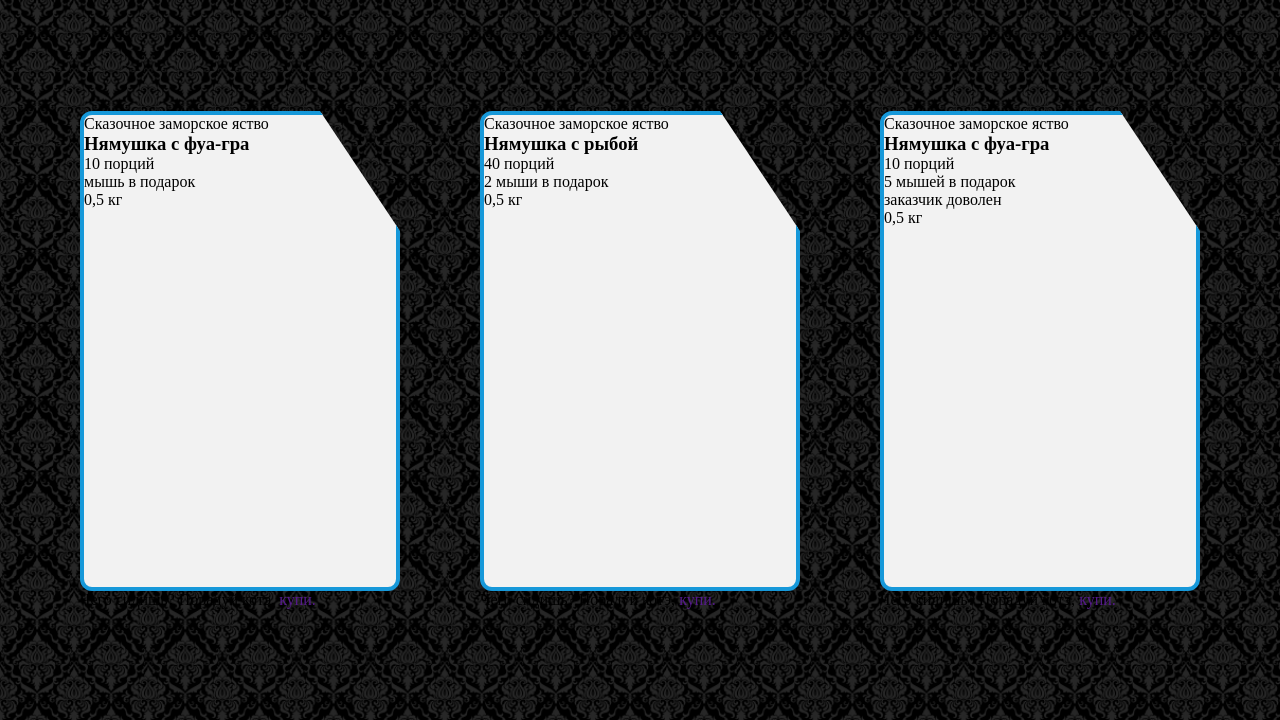
Repository: acbukka/tech-qt
Page: index.html
These files come from the project's save history. The page is drawn as it stood at one moment and after the next save; the edit follows.
The browser window is 1280 px wide. The pictures show the whole page.

Above is the page before, as saved 2022-06-17 15:44:47.

After the next save:
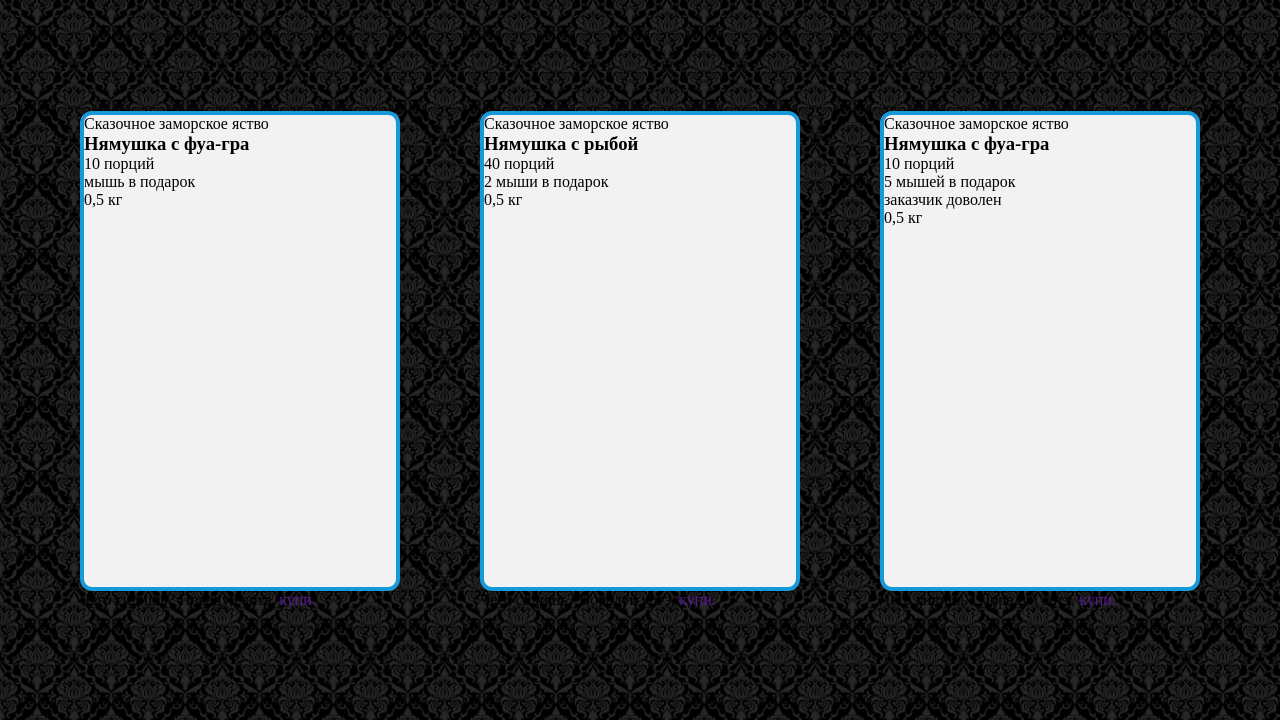
Saved 4 s later.
--- a/src/style.css
+++ b/src/style.css
@@ -88,8 +88,7 @@
   border-top-left-radius: 12px;
   /* border-left: 20px solid #1698D9; */
   border-radius: 12px;
-  -webkit-clip-path: polygon(0 0, 0 100%, 100% 100%, 100% 25%, 75% 0);
-  clip-path: polygon(0 0, 0 100%, 100% 100%, 100% 25%, 75% 0);
+
 }
 
 .cards-wrapper
